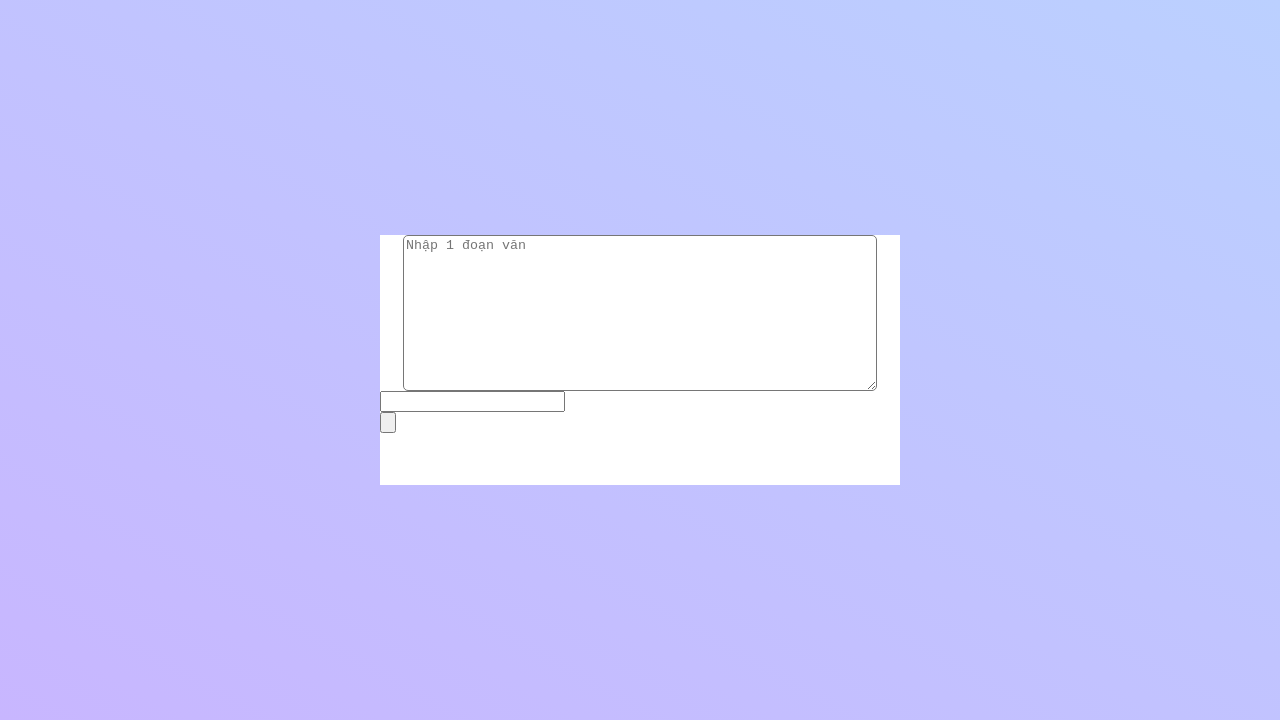
Repository: letrongtinh27/LapTrinhWeb
Page: Lab4.4/index.html
The author's editor kept a copy of each file at every save. The page is drawn from the files as they stood at one save, then again after the next save.
The browser window is 1280 px wide. The pictures show the whole page.

Above is the page before, as saved 2022-10-14 12:26:26.

After the next save:
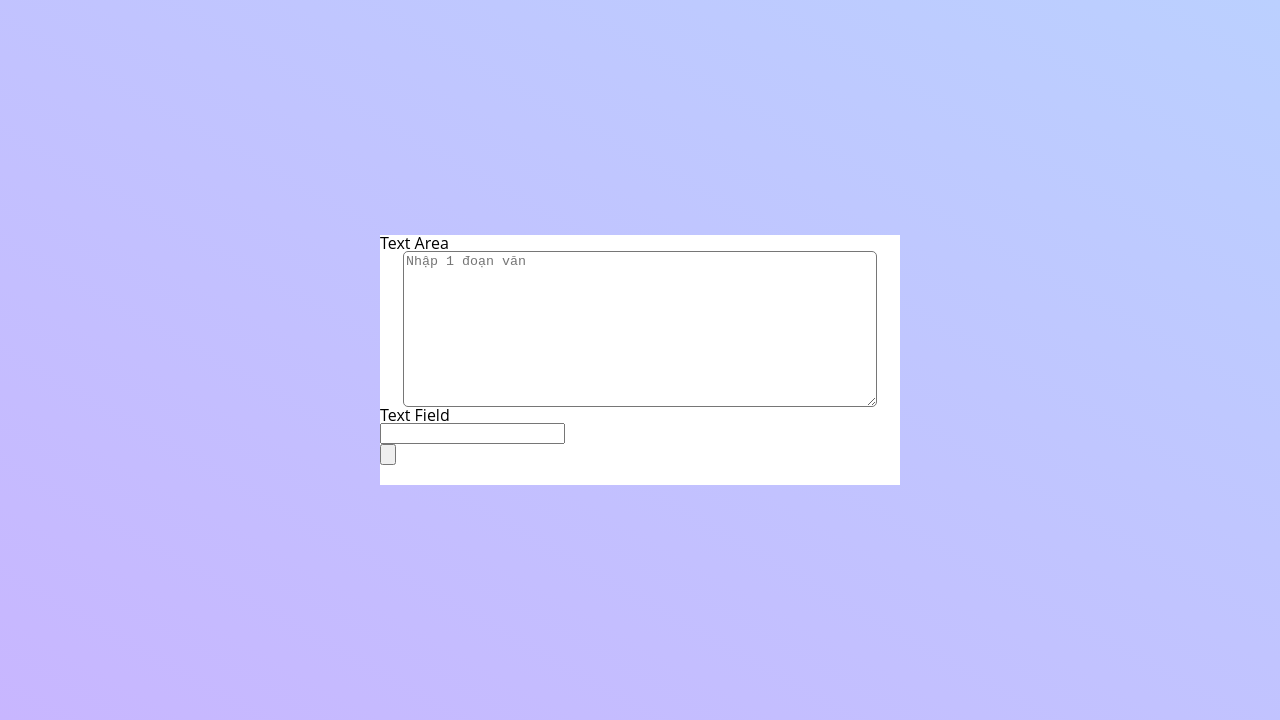
Saved 13 min 12 s later.
--- a/Lab4.4/index.html
+++ b/Lab4.4/index.html
@@ -10,12 +10,15 @@
 </head>
 <body>
     <div class="container">
+        <h4>Text Area</h4>
         <div class="text-area">
             <textarea name="" id="" cols="30" rows="10" placeholder="Nhập 1 đoạn văn"></textarea>
         </div>
+        <h4>Text Field</h4>
         <div class="text-field">
             <input type="text">
         </div>
+
         <div class="btn-input"><input type="button" value=""></div>
     </div>
 
